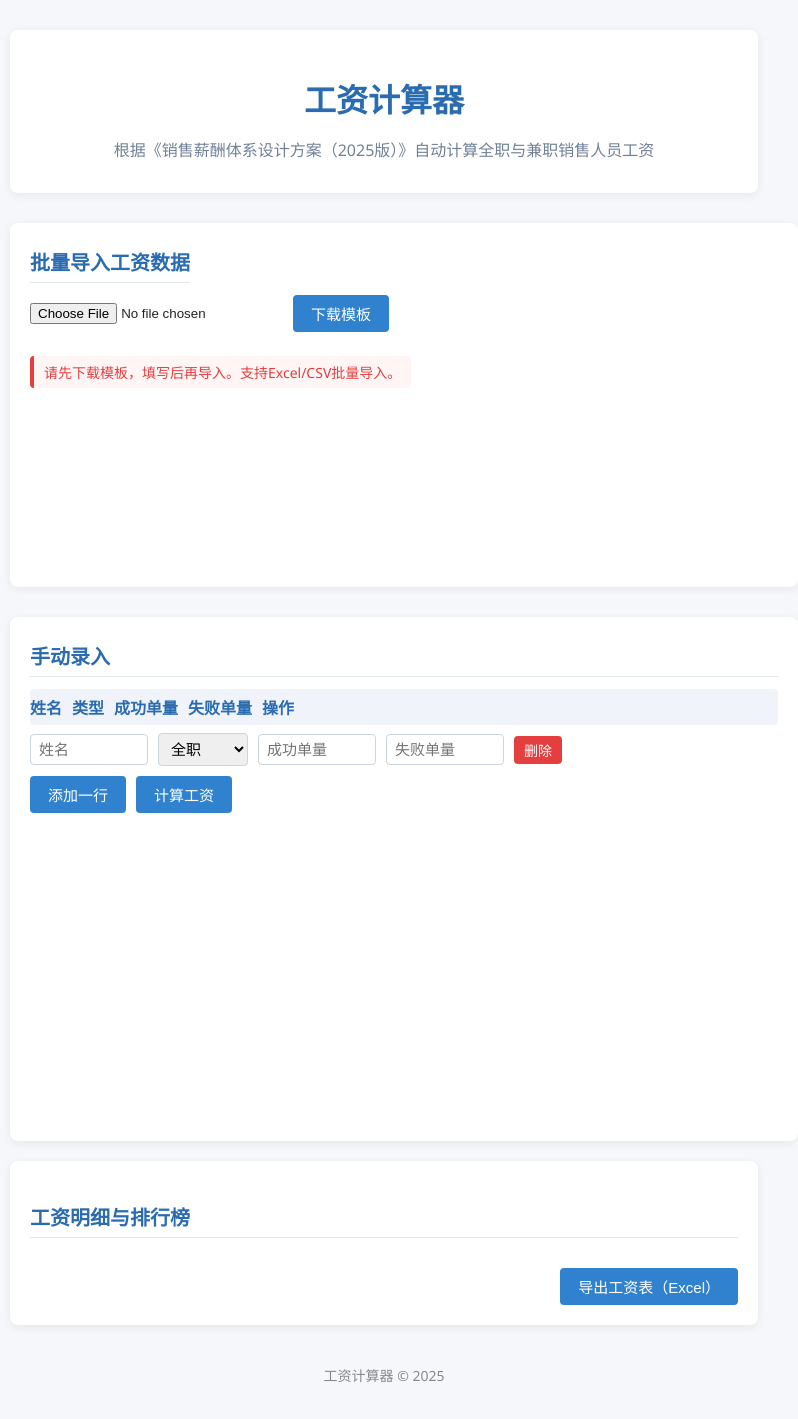
Repository: cuijianjun/ai_generate
Page: index.html
The author's editor kept a copy of each file at every save. The page is drawn from the files as they stood at one save, then again after the next save.
The browser window is 768 px wide. The page is 798 px wide, so the pictures cover 798 px, including what lies to the right of the window. The pictures show the whole page.

Above is the page before, as saved 2025-05-11 22:05:33.

After the next save:
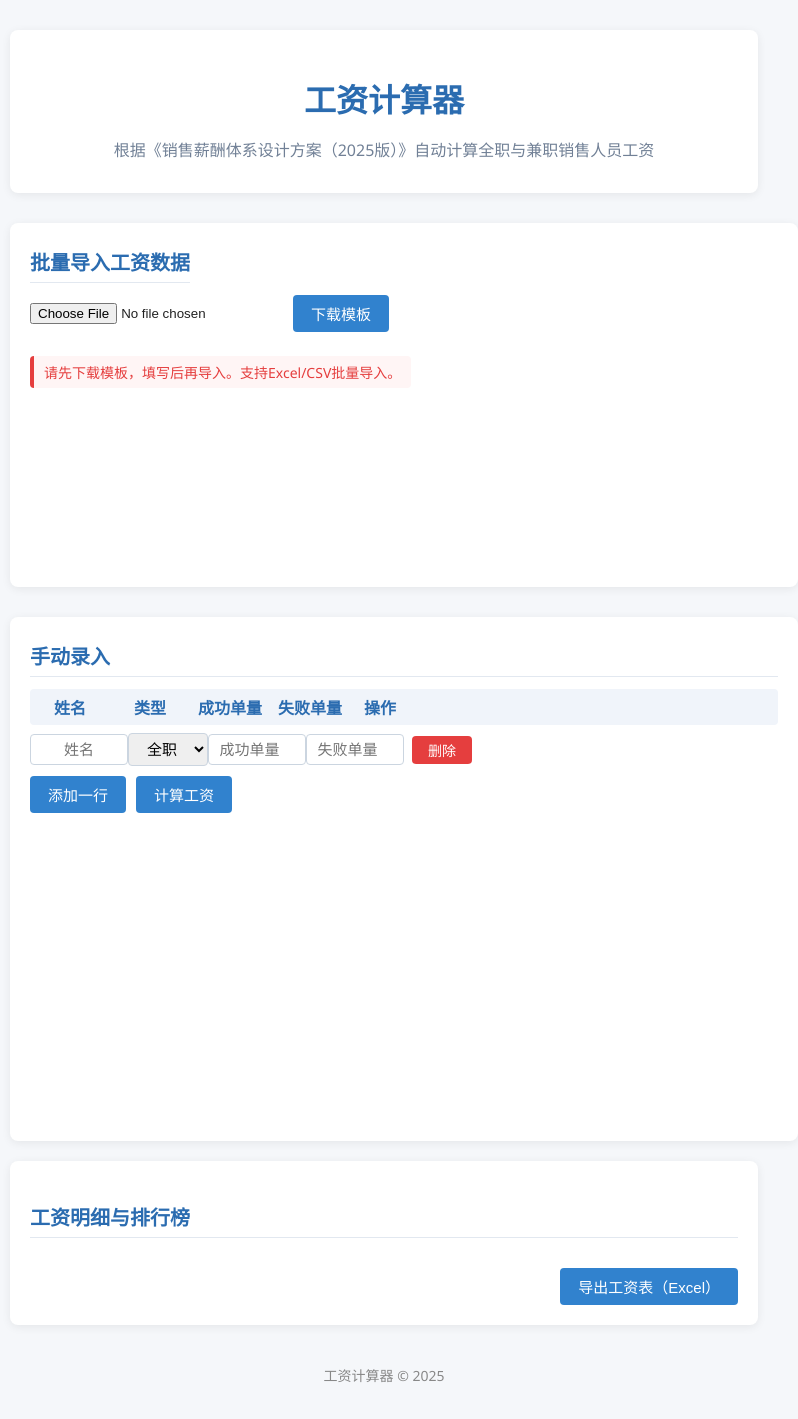
Saved 8 min 23 s later.
--- a/styles.css
+++ b/styles.css
@@ -92,7 +92,7 @@ header p {
 .form-row {
   display: flex;
   align-items: center;
-  gap: 10px;
+  gap: 0;
   margin-bottom: 8px;
 }
 .form-header {
@@ -101,6 +101,26 @@ header p {
   background: #f0f4fa;
   border-radius: 4px;
   padding: 6px 0;
+}
+.form-header span,
+.form-row input,
+.form-row select,
+.form-row span {
+  display: inline-block;
+  text-align: center;
+}
+.form-header span,
+.form-row input,
+.form-row select {
+  width: 110px;
+  min-width: 80px;
+  max-width: 140px;
+}
+.form-header span:last-child,
+.form-row button {
+  width: 70px;
+  min-width: 60px;
+  max-width: 90px;
 }
 .form-row input,
 .form-row select {
@@ -108,10 +128,10 @@ header p {
   border: 1px solid #cbd5e0;
   border-radius: 4px;
   font-size: 15px;
-  width: 100px;
+  margin-right: 0;
 }
 .form-row select {
-  width: 90px;
+  width: 110px;
 }
 .form-row button {
   background: #e53e3e;
@@ -121,6 +141,7 @@ header p {
   padding: 4px 10px;
   cursor: pointer;
   font-size: 14px;
+  margin-left: 8px;
 }
 .form-btns {
   display: flex;
@@ -205,4 +226,17 @@ footer {
     width: 100%;
     max-width: 100%;
   }
-}
+  .form-header span,
+  .form-row input,
+  .form-row select {
+    width: 80px;
+    min-width: 60px;
+    max-width: 100px;
+  }
+  .form-header span:last-child,
+  .form-row button {
+    width: 60px;
+    min-width: 50px;
+    max-width: 70px;
+  }
+}
